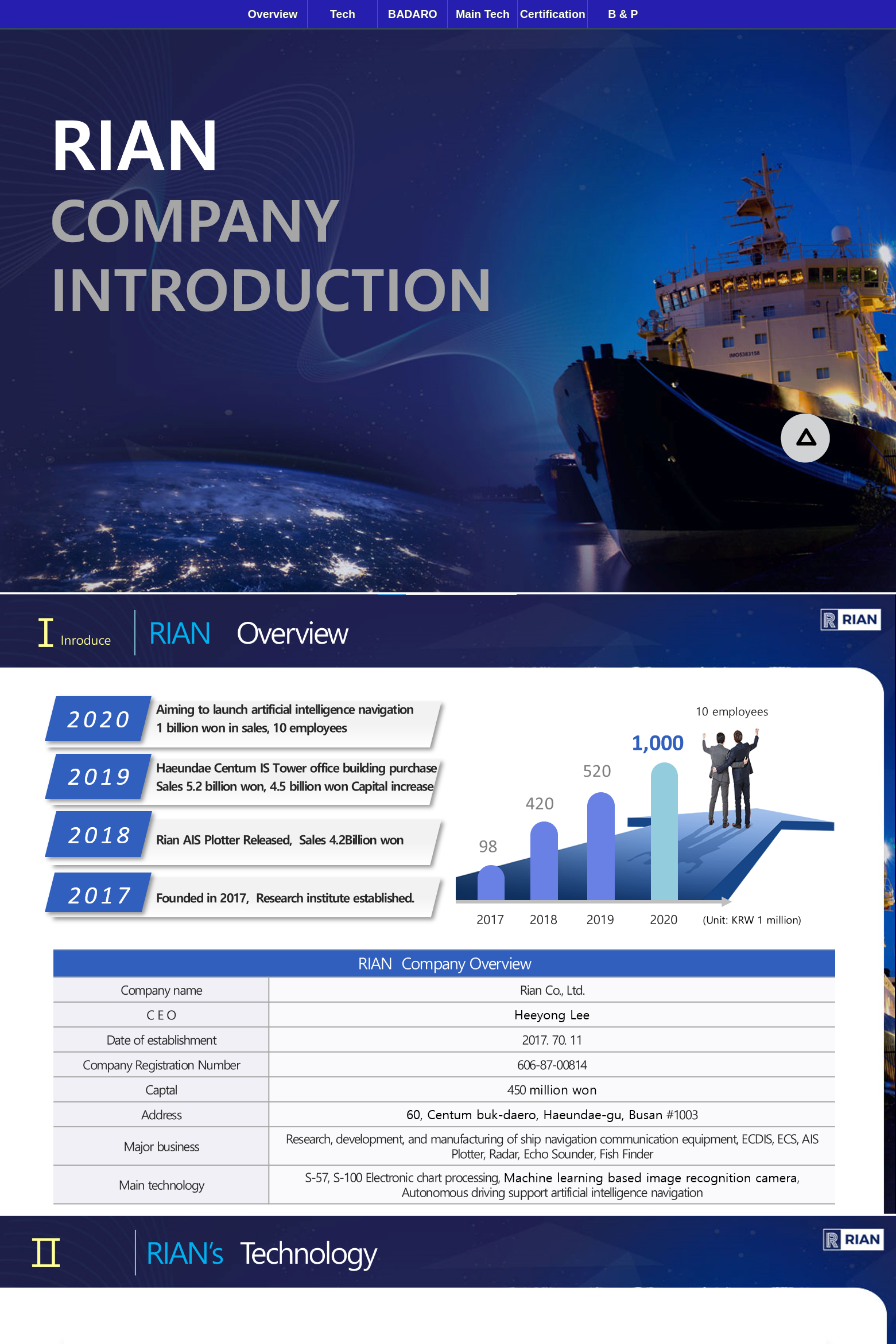
Repository: injeong-in/CompanyWeb
Page: http://localhost/RianWebSite/Rian.jsp
These files come from the project's save history. The page is drawn as it stood at one moment and after the next save; the edit follows.
The browser window is 1280 px wide. The pictures show the part of the page from y = 0 to 1920 px (the page is 11520 px tall before and 11820 px after), at 70% of full size.
The page is served by Tomcat 9. Nobody is signed in. The application's start-up code is not run.

Above is the page before, as saved 2020-12-01 07:42:31.

After the next save:
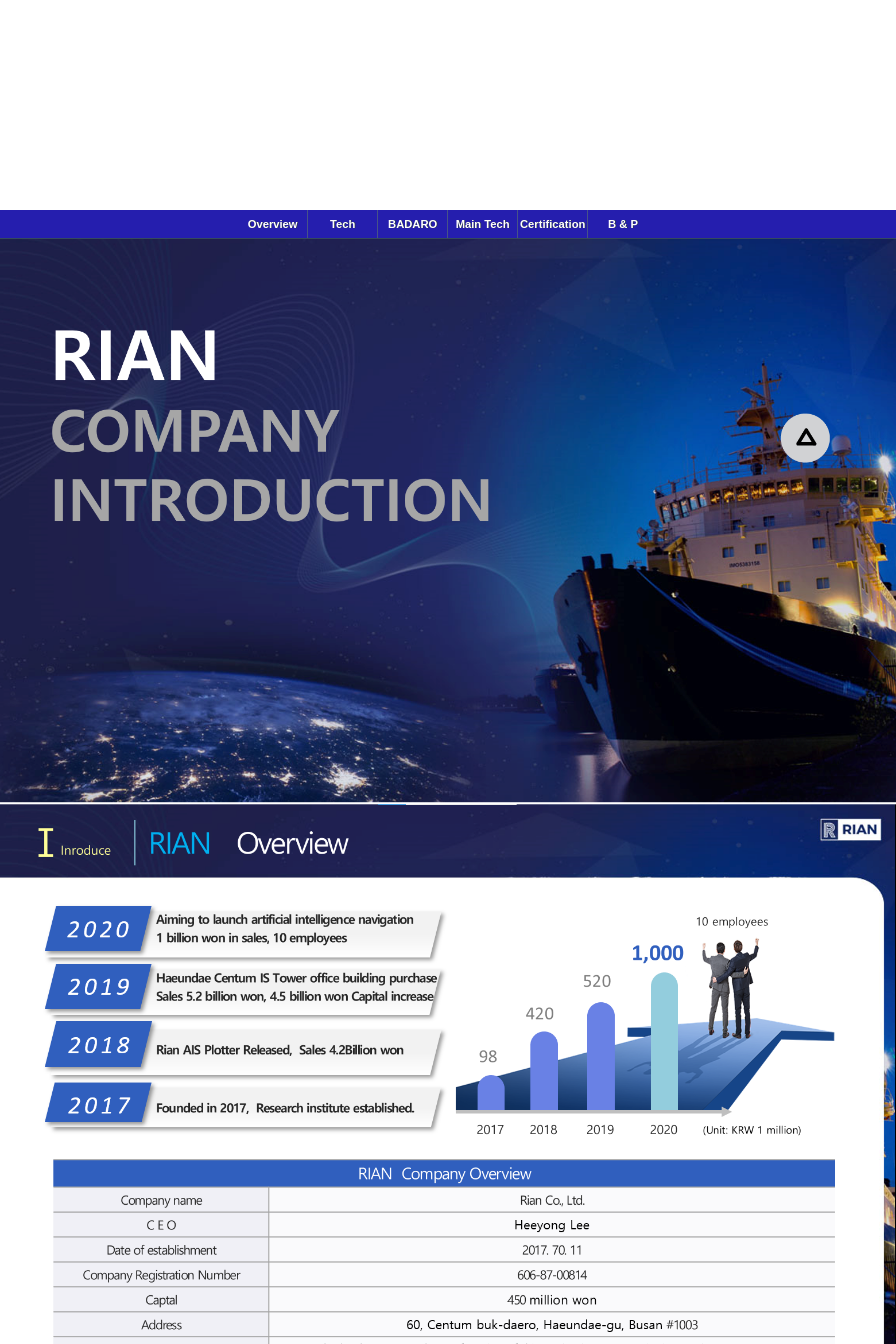
Saved 48 s later.
--- a/RianWebSite/WebContent/Rian.jsp
+++ b/RianWebSite/WebContent/Rian.jsp
@@ -71,7 +71,7 @@
 	    <!-- 네비게이션 끝 -->
 	    </nav>
 
-	 <div>
+	 <div style="margin-top: 300px; ">
 		<!--본문-->
 	    <%for(int i=1; i<14; i++) { %>
 	    <div id="container" class="page<%=i%>">
